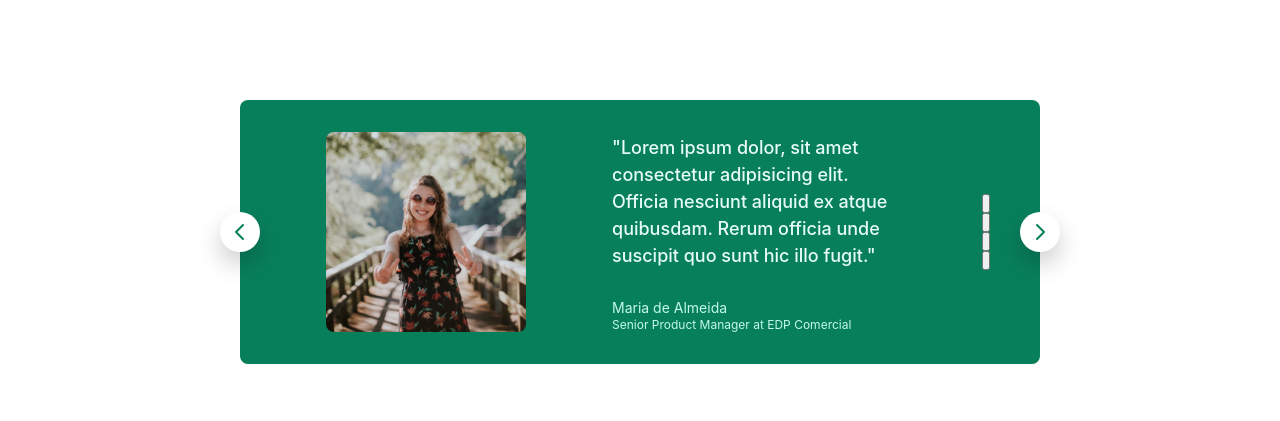
Repository: nghiakma/HTML-CSS-Fundamental
Page: Component_LayoutPatterns/carousel.html
An editor plug-in stored every save of this project. The page is shown before and after the next save, followed by the edit.
The browser window is 1280 px wide. The pictures show the whole page.

Above is the page before, as saved 2023-08-26 12:01:21.

### Component_LayoutPatterns/carousel.html
<!DOCTYPE html>
<html lang="en">

<head>
  <meta charset="UTF-8">
  <meta name="viewport" content="width=device-width, initial-scale=1.0">
  <title>Carousel Component</title>
  <style>
    * {
      margin: 0;
      padding: 0;
      box-sizing: border-box;
    }

    body {
      font-family: "Inter", sans-serif;
      color: #343a40;
      line-height: 1;
    }

    .carousel {
      width: 800px;
      margin: 100px auto;
      background-color: #087f5b;
      /* padding: 32px; */
      /* padding-left: 86px; */
      /* padding-right: 48px; */
      padding: 32px 48px 32px 86px;

      border-radius: 8px;
      position: relative;

      display: flex;
      align-items: center;
      gap: 86px;
    }

    img {
      height: 200px;
      border-radius: 8px;
    }

    .testimonial-text {
      font-size: 18px;
      font-weight: 500;
      line-height: 1.5;
      margin-bottom: 32px;
      color: #e6fcf5;
    }

    .testimonial-author {
      font-size: 14px;
      margin-bottom: 4px;
      color: #c3fae8;
    }

    .testimonial-job {
      font-size: 12px;
      color: #c3fae8;
    }

    .btn {
      background-color: #fff;
      border: none;
      height: 40px;
      width: 40px;
      border-radius: 50%;
      position: absolute;
      box-shadow: 0 12px 24px rgba(0, 0, 0, 0.2);
      cursor: pointer;
      display: flex;
      align-items: center;
      justify-content: center;
    }

    /*Bien doi: dich chuyen theo chieu x va y: y(-50%): di chuyen len chin xac 50% chieu cao thuc cua no
x(-50%): di chuyen mot nua chieu rong cua phan tu sang trai*/
    .btn--left {
      left: 0;
      top: 50%;

      transform: translate(-50%, -50%);
    }

    .btn--right {
      right: 0;
      top: 50%;

      transform: translate(50%, -50%);
    }

    .btn-icon {
      height: 24px;
      width: 24px;
      stroke: #087f5b;
    }

    /* CONTROLS */
  </style>
</head>

<body>
  <div class="carousel">
    <img src="maria.jpg" alt="Maria de Almeida" />
    <blockquote class="testimonial">
      <p class="testimonial-text">
        "Lorem ipsum dolor, sit amet consectetur adipisicing elit. Officia
        nesciunt aliquid ex atque quibusdam. Rerum officia unde suscipit quo
        sunt hic illo fugit."
      </p>
      <p class="testimonial-author">Maria de Almeida</p>
      <p class="testimonial-job">Senior Product Manager at EDP Comercial</p>
    </blockquote>

    <button class="btn btn--left">
      <svg xmlns="http://www.w3.org/2000/svg" class="btn-icon" fill="none" viewBox="0 0 24 24" stroke="currentColor">
        <path stroke-linecap="round" stroke-linejoin="round" stroke-width="2" d="M15 19l-7-7 7-7" />
      </svg>
    </button>
    <button class="btn btn--right">
      <svg xmlns="http://www.w3.org/2000/svg" class="btn-icon" fill="none" viewBox="0 0 24 24" stroke="currentColor">
        <path stroke-linecap="round" stroke-linejoin="round" stroke-width="2" d="M9 5l7 7-7 7" />
      </svg>
    </button>
    <div class="dots">
      <button class="dot dot--fill">&nbsp;</button>
      <button class="dot">&nbsp;</button>
      <button class="dot">&nbsp;</button>
      <button class="dot">&nbsp;</button>
    </div>
  </div>
</body>

</html>

After the next save:
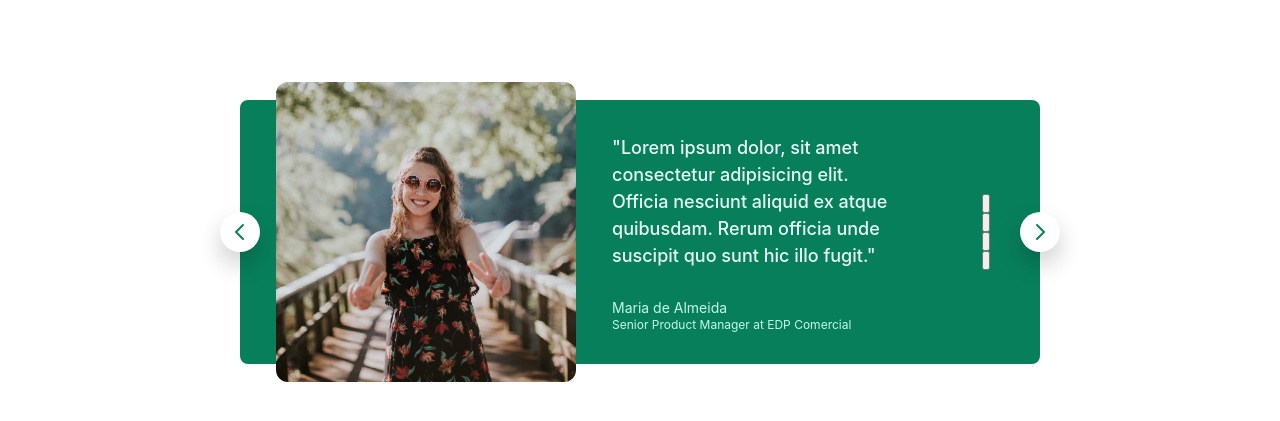
Saved 13 s later.
--- a/Component_LayoutPatterns/carousel.html
+++ b/Component_LayoutPatterns/carousel.html
@@ -38,6 +38,7 @@
     img {
       height: 200px;
       border-radius: 8px;
+      transform: scale(1.5);
     }
 
     .testimonial-text {
